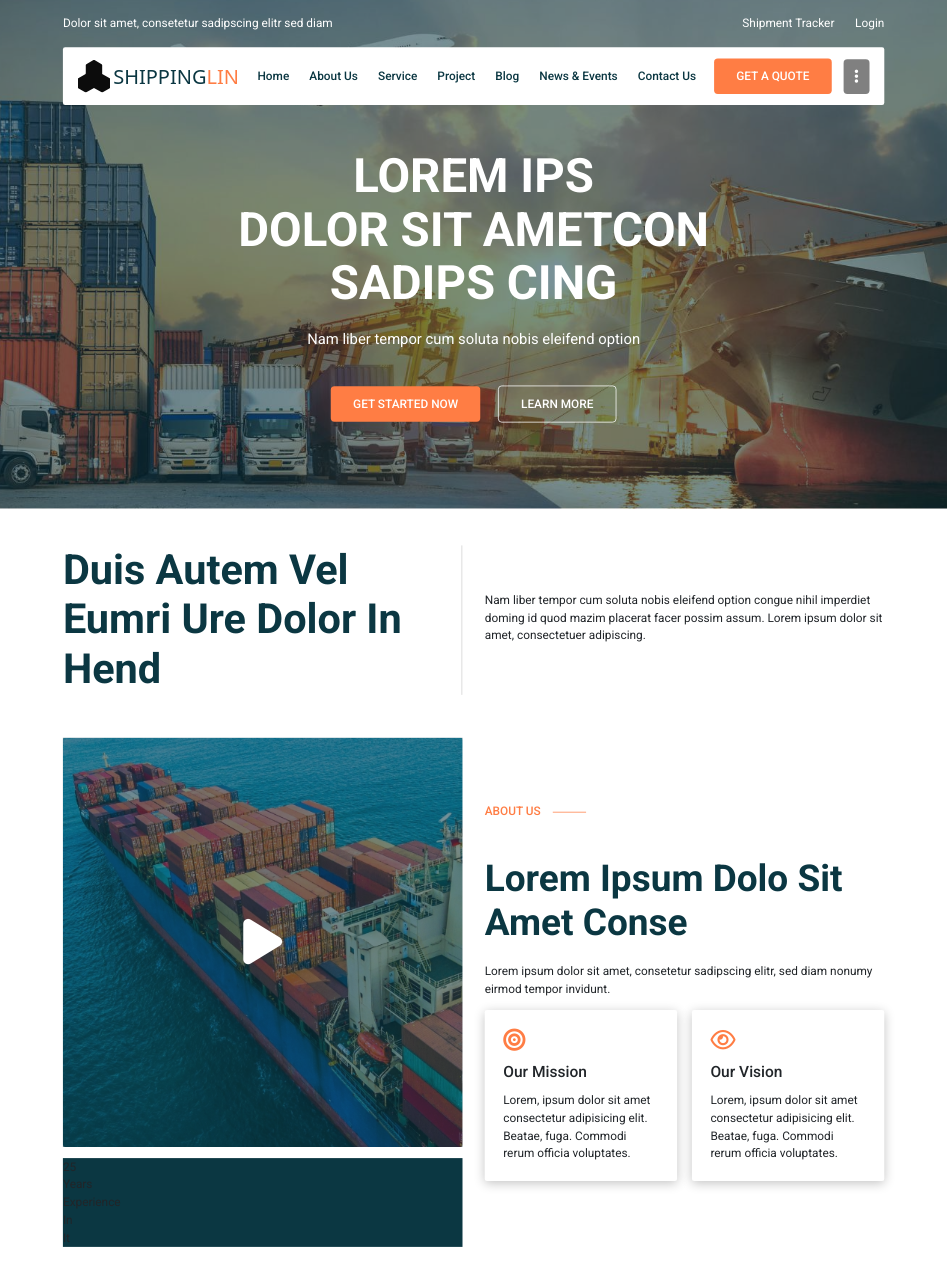
Repository: nazmulalok/shipping-template
Page: index.html
These files come from the project's save history. The page is drawn as it stood at one moment and after the next save; the edit follows.
The browser window is 1280 px wide. The pictures show the whole page, at 74% of full size.
Some web libraries are served in a nearby version.

Above is the page before, as saved 2022-10-08 19:00:10.

After the next save:
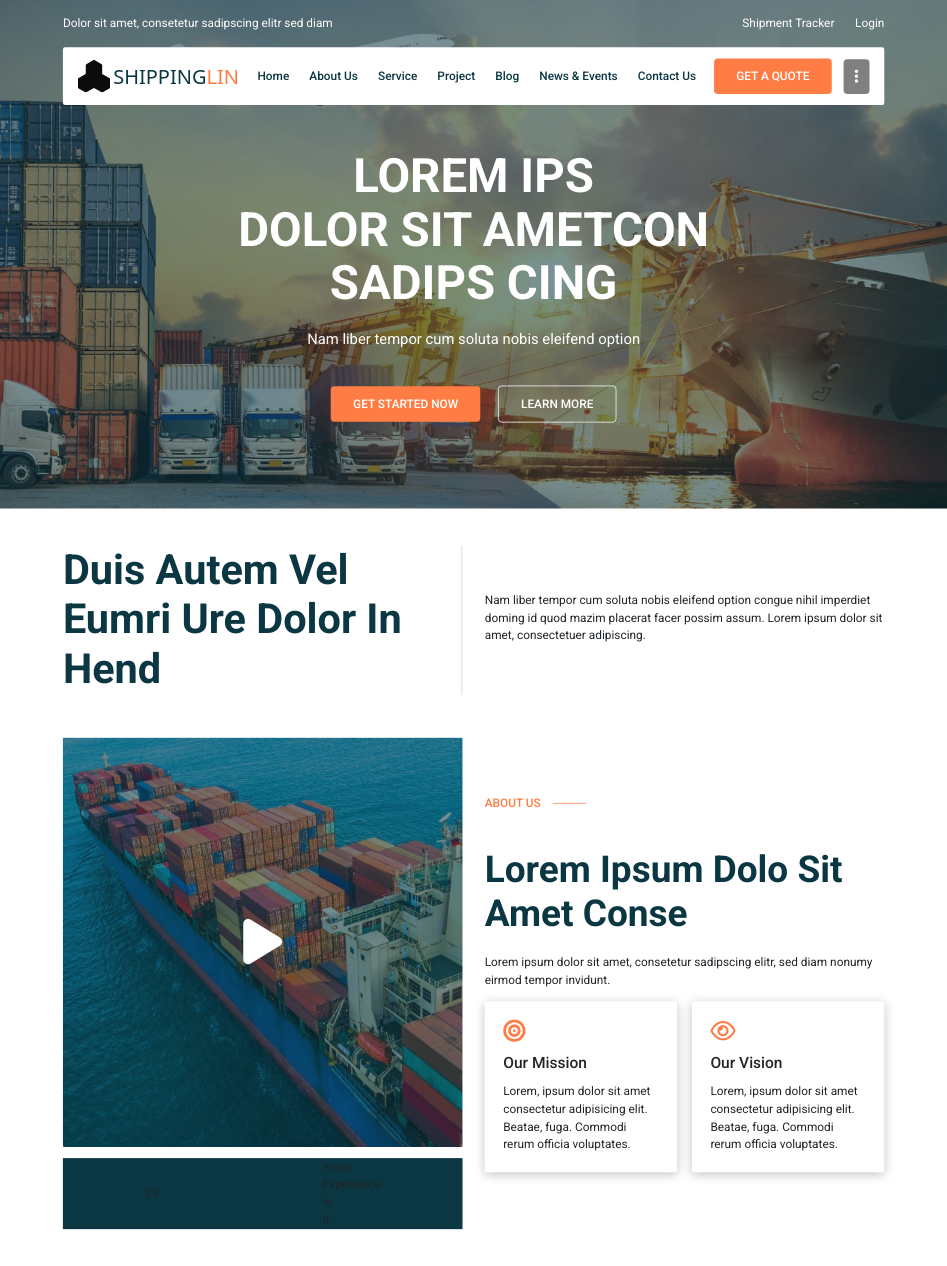
Saved 94 s later.
--- a/style.css
+++ b/style.css
@@ -398,6 +398,9 @@ figure.img-box img+figcaption {
 
 .exp-section {
     background: var(--secondary-color);
+    display: flex;
+    align-items: center;
+    justify-content: space-around;
 }
 
 .exp-section .title {
